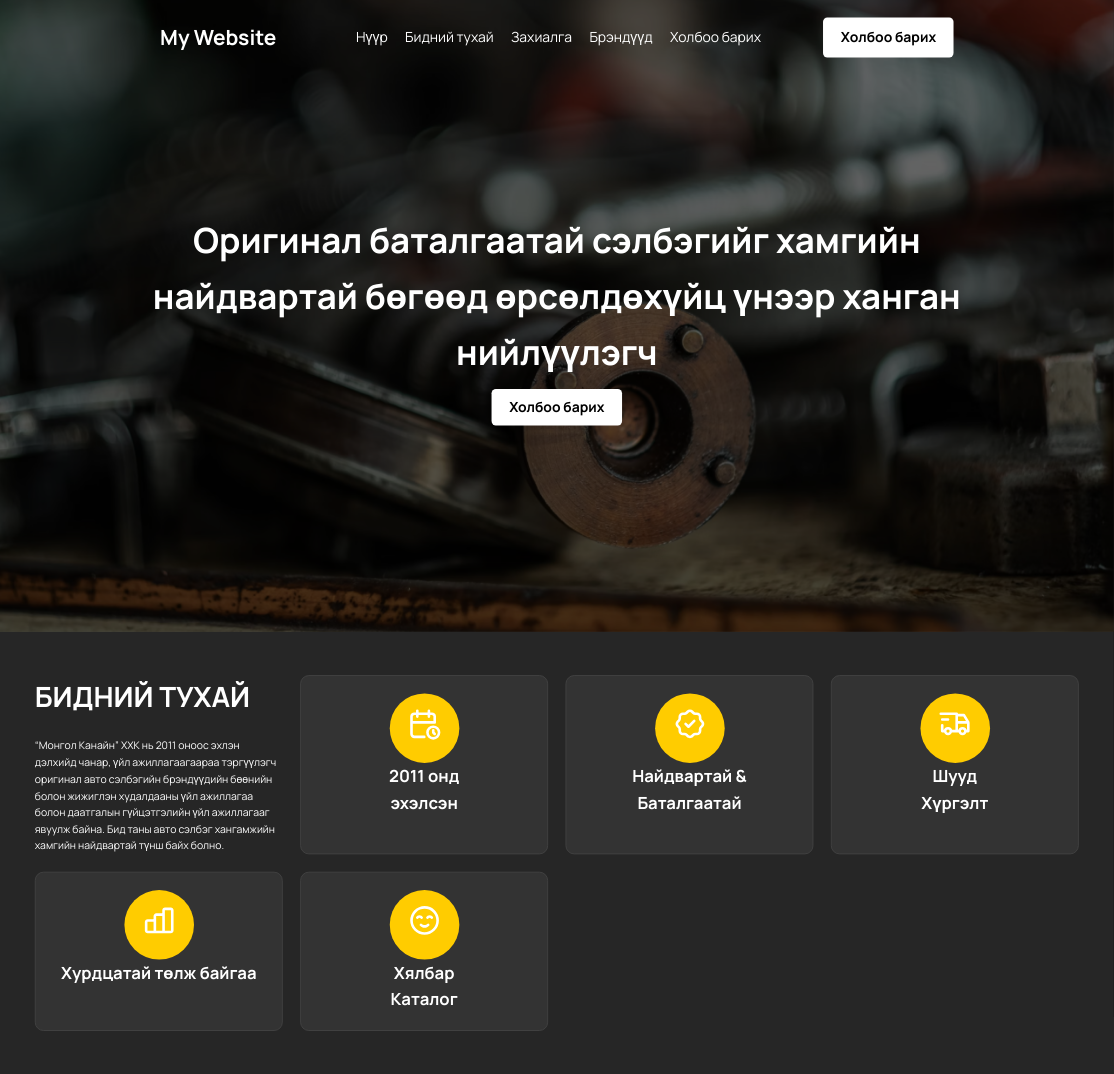
Repository: temuujinnn/mongol_kanain
Page: index.html
An editor plug-in stored every save of this project. The page is shown before and after a run of saves, followed by the edit.
The browser window is 1280 px wide. The pictures show the whole page, at 87% of full size.

Above is the page before, as saved 2024-08-22 17:52:54.

### index.html
<!DOCTYPE html>
<html lang="mn">

<head>
    <meta charset="UTF-8">
    <meta name="viewport" content="width=device-width, initial-scale=1.0">
    <title>My Custom Website</title>
    <link rel="stylesheet" href="style.css">
    <!-- Google Fonts Link -->
    <link href="https://fonts.googleapis.com/css2?family=Manrope:wght@400;700&display=swap" rel="stylesheet">
</head>

<body>
    <!-- Header Section -->
    <header>
        <div class="container">
            <div class="logo">
                <h1>My Website</h1>
            </div>
            <nav>
                <ul>
                    <li><a href="#home">Нүүр</a></li>
                    <li><a href="#about">Бидний тухай</a></li>
                    <li><a href="#order">Захиалга</a></li>
                    <li><a href="#brands">Брэндүүд</a></li>
                    <li><a href="#contact">Холбоо барих</a></li>
                </ul>
            </nav>
            <a href="#contact" class="contact-btn">Холбоо барих</a>
        </div>
    </header>

    <!-- Hero Section -->
    <section id="hero">
        <div class="overlay"></div>
        <div class="hero-content">
            <h1>Оригинал баталгаатай сэлбэгийг хамгийн найдвартай бөгөөд өрсөлдөхүйц үнээр ханган нийлүүлэгч</h1>
            <a href="#contact" class="button">Холбоо барих</a>
        </div>
    </section>

    <!-- The rest of your content -->
    <section id="about">
        <div class="container">

            <div class="about-grid">
                <div>
                    <h2>БИДНИЙ ТУХАЙ</h2>
                    <p class="description">“Монгол Канайн” ХХК нь 2011 оноос эхлэн дэлхийд чанар, үйл ажиллагаагаараа
                        тэргүүлэгч
                        оригинал авто сэлбэгийн брэндүүдийн бөөнийн болон жижиглэн худалдааны үйл ажиллагаа болон
                        даатгалын
                        гүйцэтгэлийн үйл ажиллагааг явуулж байна. Бид таны авто сэлбэг хангамжийн хамгийн найдвартай
                        түнш
                        байх
                        болно.</p>
                </div>

                <div class="about-card">
                    <div class="icon">
                        <img src="./icons/calendar-time.svg" alt="Calendar Icon">
                    </div>
                    <div class="text">2011 онд<br> эхэлсэн</div>
                </div>
                <div class="about-card">
                    <div class="icon">
                        <img src="./icons/discount-check.svg" alt="Calendar Icon">
                    </div>
                    <div class="text">Найдвартай & Баталгаатай</div>
                </div>
                <div class="about-card">
                    <div class="icon">
                        <img src="./icons/truck-delivery.svg" alt="Calendar Icon">
                    </div>
                    <div class="text">Шууд<br>Хүргэлт</div>
                </div>
                <div class="about-card">
                    <div class="icon">
                        <img src="./icons/chart-bar.svg" alt="Calendar Icon">
                    </div>
                    <div class="text">Хурдцатай төлж байгаа</div>
                </div>
                <div class="about-card">
                    <div class="icon">
                        <img src="./icons/mood-smile-beam.svg" alt="Calendar Icon">
                    </div>
                    <div class="text">Хялбар<br>Каталог</div>
                </div>
            </div>
        </div>
    </section>
</body>

</html>

### style.css
/* Basic Reset */
* {
    margin: 0;
    padding: 0;
    box-sizing: border-box;
}

body {
    font-family: 'Manrope', sans-serif;
    color: white;
    background-color: #1e1e1e;
    line-height: 1.6;
}

/* Header */
header {

    /* Semi-transparent background */
    padding: 20px 0;
    position: absolute;
    /* Ensure the header is not fixed */
    width: 100%;
    z-index: 1000;
    /* Keep the header on top of other content */
}

header .container {
    display: flex;
    padding-left: 144px;
    padding-right: 144px;
    justify-content: space-between;
    align-items: center;
}

header .logo h1 {
    color: #fff;
    font-size: 1.5rem;
    margin: 0;
}

header nav ul {
    list-style: none;
    display: flex;
    margin: 0;
    padding: 0;
}

header nav ul li {
    margin-left: 20px;
}

header nav ul li a {
    color: #fff;
    text-decoration: none;
    font-size: 1rem;
}

header nav ul li a:hover {
    color: #ffcc00;
}

header .contact-btn {
    background-color: #fff;
    color: #000;
    padding: 10px 20px;
    text-decoration: none;
    border-radius: 5px;
    font-weight: bold;
}

header .contact-btn:hover {
    background-color: #e6e6e6;
}

/* Hero Section */
#hero {
    position: relative;
    background: url('./images/m.png') no-repeat center center/cover;
    height: 726px;
    display: flex;
    justify-content: center;
    align-items: center;
    text-align: center;
    color: #fff;
}

#hero .overlay {
    position: absolute;
    top: 0;
    left: 0;
    right: 0;
    bottom: 0;
    background: rgba(0, 0, 0, 0.5);
    /* Dark overlay */
}

.hero-content {
    z-index: 1;
    max-width: 80%;
}

.hero-content h1 {
    font-size: 2.5rem;
    margin-bottom: 20px;
}

.hero-content .button {
    padding: 10px 20px;
    background: #fff;
    color: #000;
    text-decoration: none;
    border-radius: 5px;
    font-weight: bold;
    transition: background-color 0.3s ease;
}

.hero-content .button:hover {
    background-color: #e6e6e6;
}

#about {
    padding: 50px 20px;
    background-color: #262626;
}

.container {
    max-width: 1200px;
    margin: 0 auto;
}

#about h2 {
    font-size: 32px;
    margin-bottom: 20px;
    color: #fff;
    font-weight: 700;
}

.description {

    font-size: 12px;
    font-style: normal;
    font-weight: 400;
}

.about-grid {
    display: grid;
    grid-template-columns: repeat(auto-fit, minmax(250px, 1fr));
    gap: 20px;
}

.about-card {
    background-color: #333;
    padding: 20px;
    border-radius: 10px;
    text-align: center;
    border: 1px solid #444;
    transition: transform 0.3s ease, border-color 0.3s ease;
}

.about-card:hover {
    transform: translateY(-5px);
    border-color: #ffcc00;
}

.icon {
    display: flex;
    justify-content: center;
    align-items: center;
    background-color: #ffcc00;
    width: 80px;
    height: 80px;
    border-radius: 50%;
    margin: 0 auto;
}

.icon img {
    width: 40px;
    height: 40px;
    margin-bottom: 10px;
}

.text {
    font-size: 1.2rem;
    color: #fff;
    font-weight: 700;
}

.text br {
    display: none;
}

@media (min-width: 768px) {
    .text br {
        display: inline;
    }
}

/* Adjusting body padding to avoid header overlay */

After the next 2 saves:
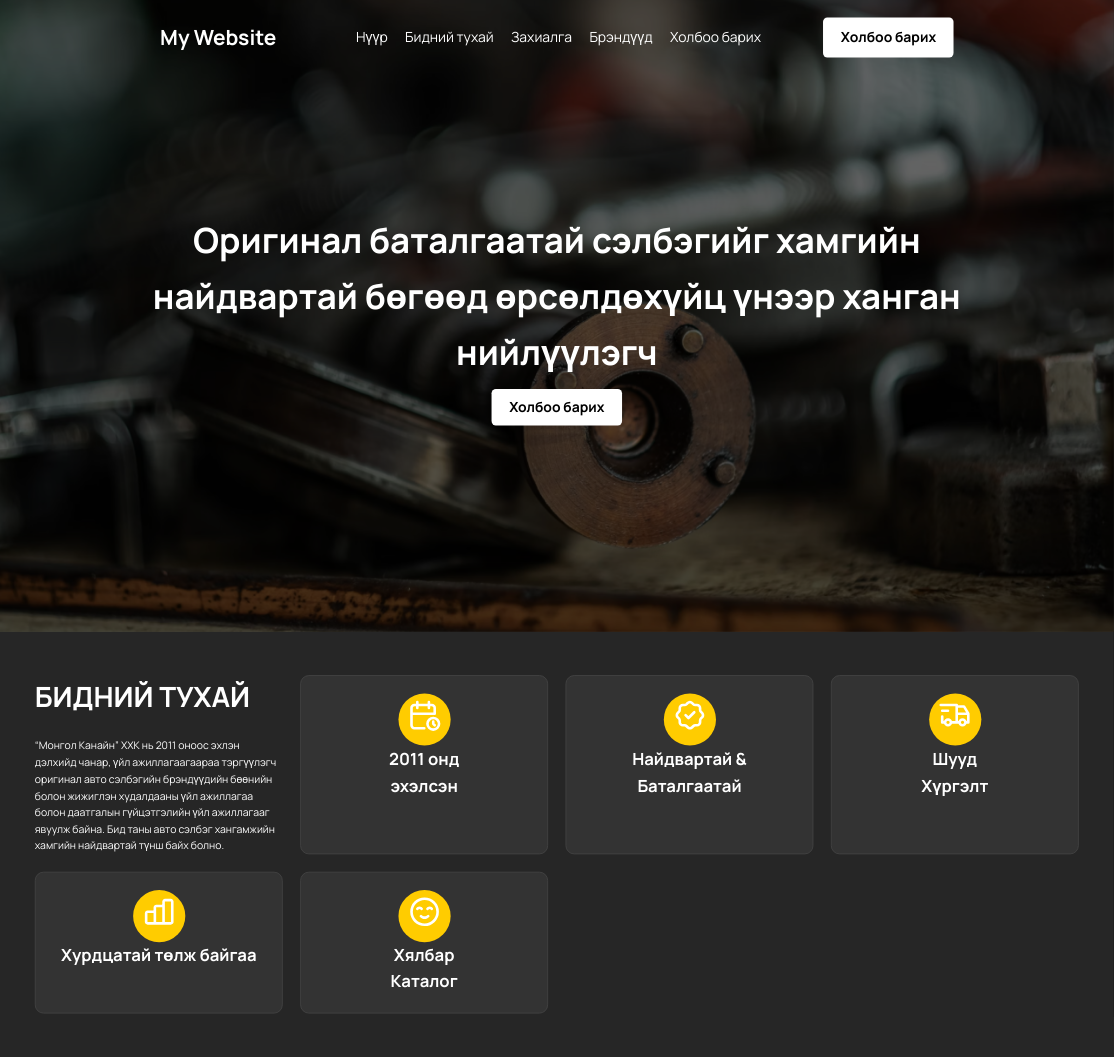
The 2 saves are shown as one change because they came seconds apart.
The last was saved 10 s later.
--- a/style.css
+++ b/style.css
@@ -167,8 +167,8 @@
     justify-content: center;
     align-items: center;
     background-color: #ffcc00;
-    width: 80px;
-    height: 80px;
+    width: 60px;
+    height: 60px;
     border-radius: 50%;
     margin: 0 auto;
 }
